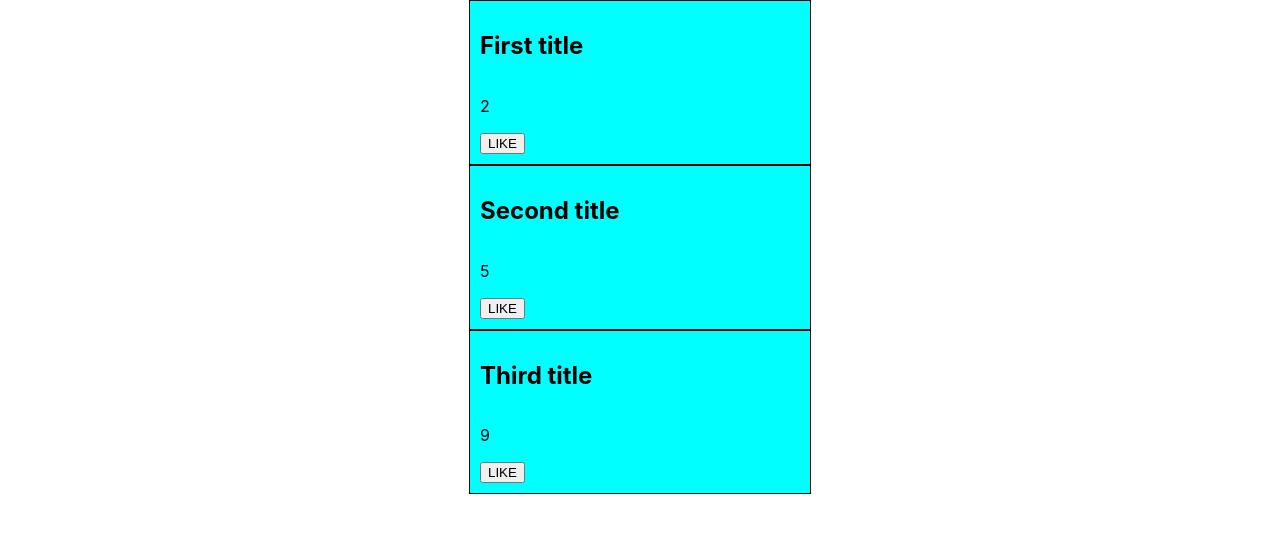
Repository: asapvtec98/egzamin
Page: /
These files come from the project's save history. The page is drawn as it stood at one moment and after the next save; the edit follows.
The browser window is 1280 px wide. The pictures show the whole page.
The project was rebuilt for these pictures with package versions that can differ from the ones it lists, and the page was loaded fresh each time.

Above is the page before, as saved 2023-11-14 12:28:38.

After the next save:
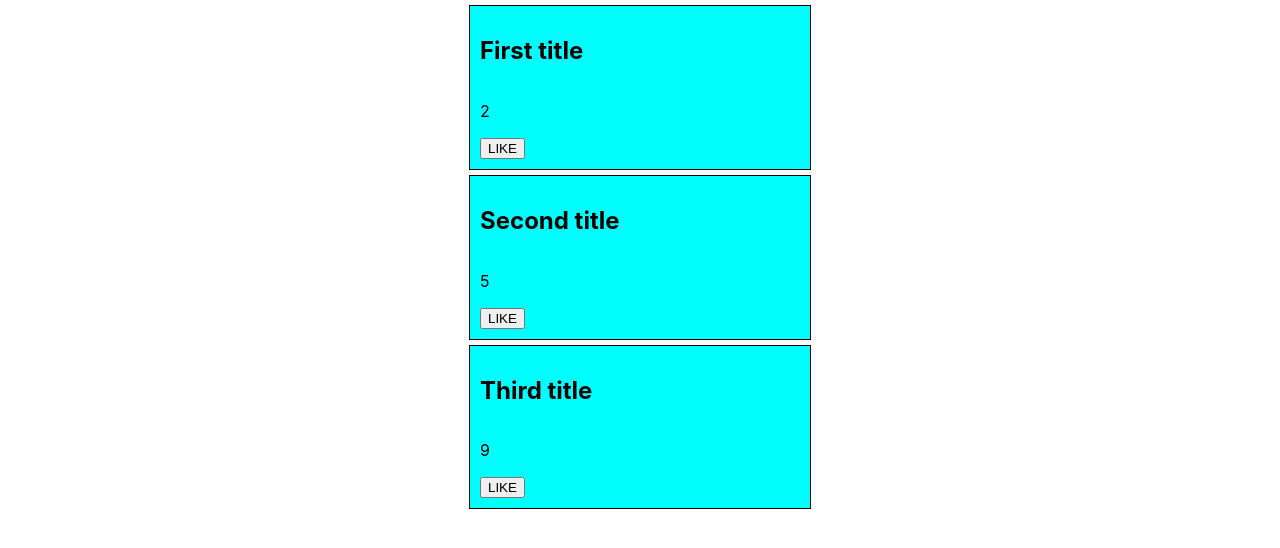
Saved 17 s later.
--- a/src/components/Comment.css
+++ b/src/components/Comment.css
@@ -2,6 +2,8 @@
     border: 1px solid black;
     background-color:aqua;
     margin: auto;
+    margin-top: 5px;
+    margin-bottom: 5px;
     width: 25%;
     padding: 10px;
 
